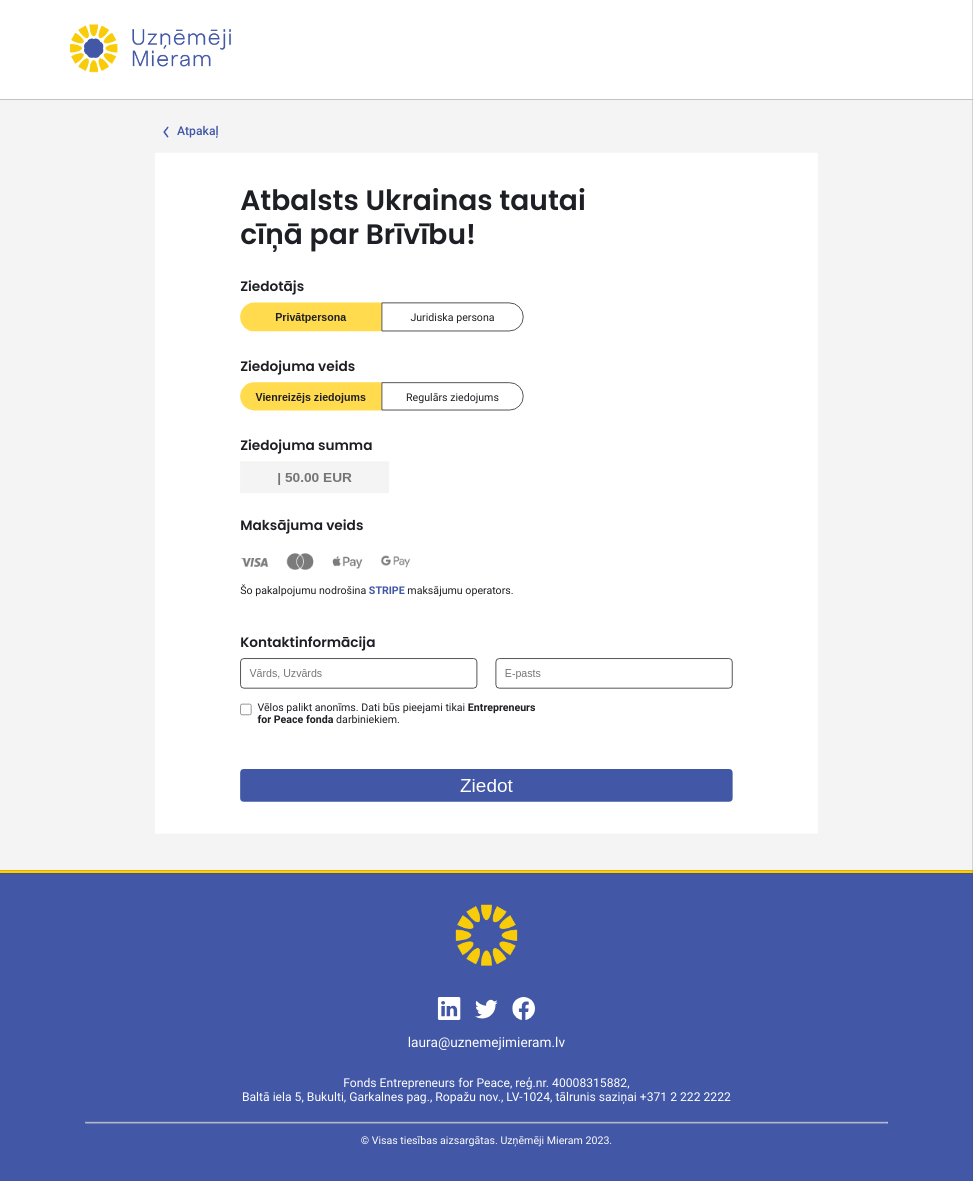
Repository: KatrinaPa/projekts_jul
Page: donate_Ukr-private-onetime.html
These files come from the project's save history. The page is drawn as it stood at one moment and after the next save; the edit follows.
The browser window is 1280 px wide. The pictures show the whole page, at 76% of full size.

Above is the page before, as saved 2023-07-31 22:54:23.
Console error: TypeError: Cannot read properties of null (reading 'addEventListener')

After the next save:
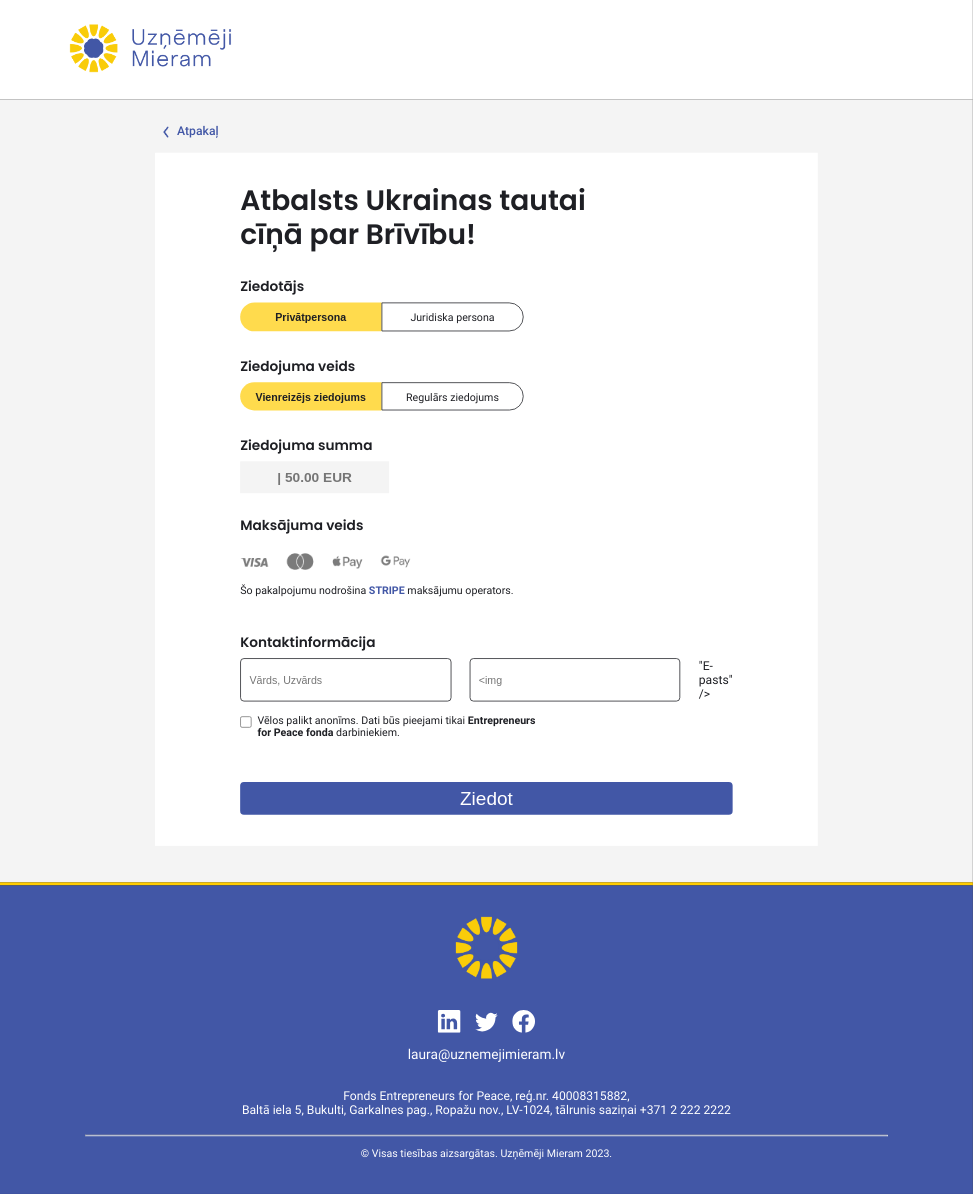
Saved 11 h 9 min later.
--- a/donate_Ukr-private-onetime.html
+++ b/donate_Ukr-private-onetime.html
@@ -70,7 +70,8 @@
                             <form action="#">
                                 <div class="inputs-details">
                                     <input type="text" placeholder="Vārds, Uzvārds" />
-                                    <input type="email" placeholder="E-pasts" />
+                                    <input type="email" placeholder=<img src="assets/images/e-mail.png"
+                                        id="email">"E-pasts" />
                                 </div>
                                 <div class="checkbox_display">
                                     <div>

After the save that followed:
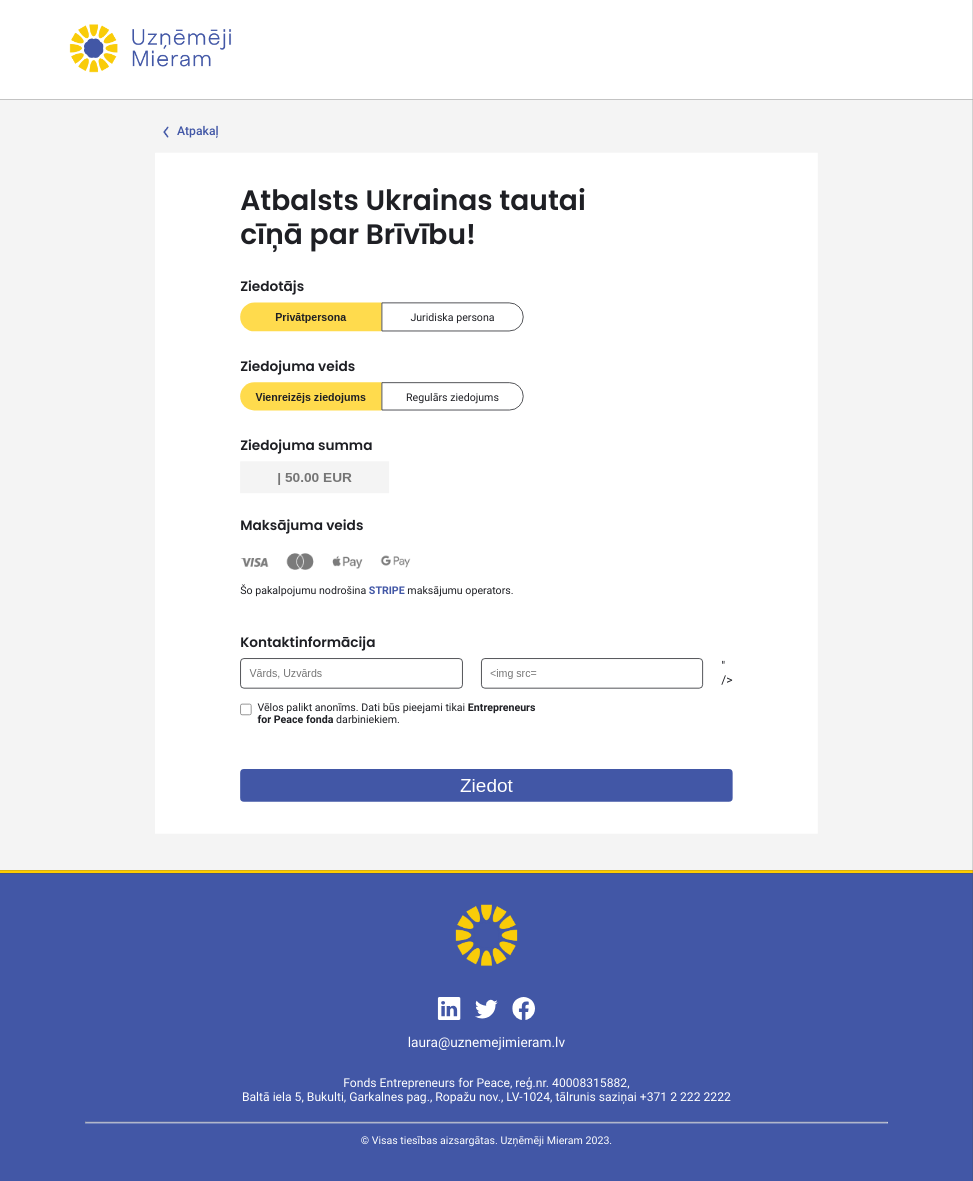
Saved 16 s later.
--- a/donate_Ukr-private-onetime.html
+++ b/donate_Ukr-private-onetime.html
@@ -70,8 +70,8 @@
                             <form action="#">
                                 <div class="inputs-details">
                                     <input type="text" placeholder="Vārds, Uzvārds" />
-                                    <input type="email" placeholder=<img src="assets/images/e-mail.png"
-                                        id="email">"E-pasts" />
+                                    <input type="email" placeholder="<img src=" assets/images/e-mail.png" id="email">"
+                                    />
                                 </div>
                                 <div class="checkbox_display">
                                     <div>
